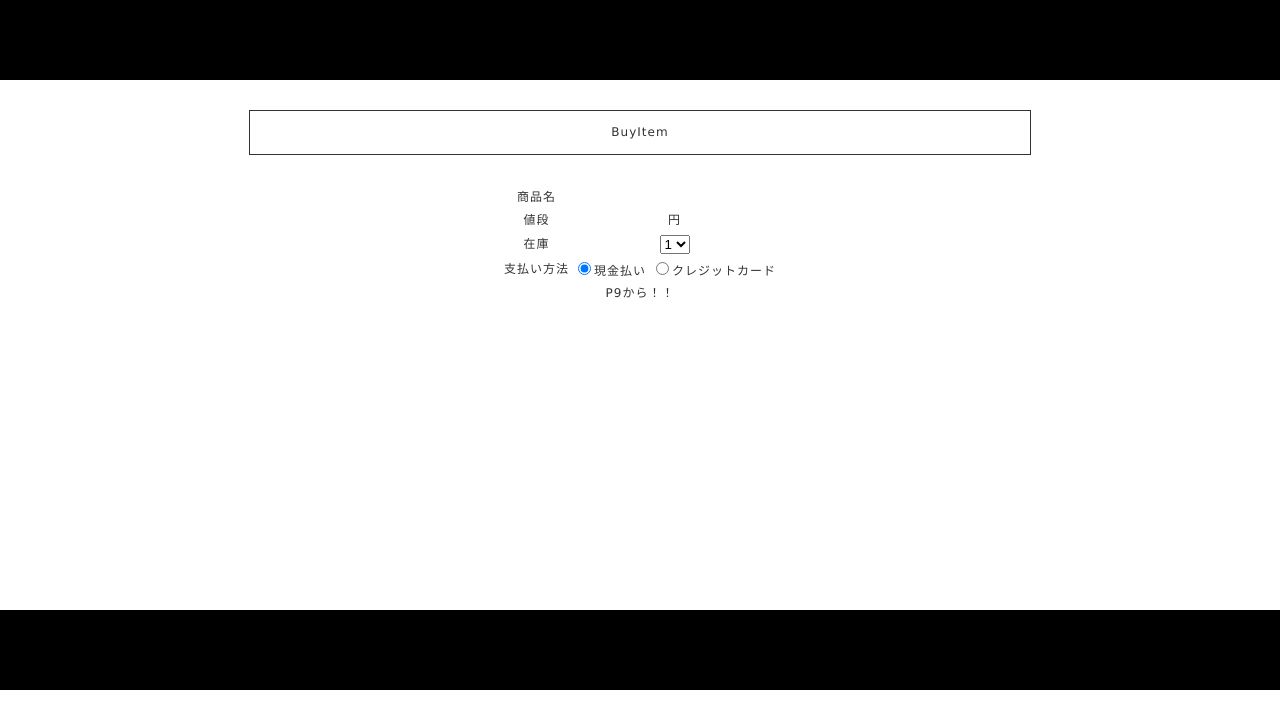
Repository: 1209mori05/test
Page: http://localhost/template/buyItem.jsp
These files come from the project's save history. The page is drawn as it stood at one moment and after the next save; the edit follows.
The browser window is 1280 px wide. The pictures show the whole page.
The page is served by Tomcat 9.

Above is the page before, as saved 2018-03-28 03:19:51.

After the next save:
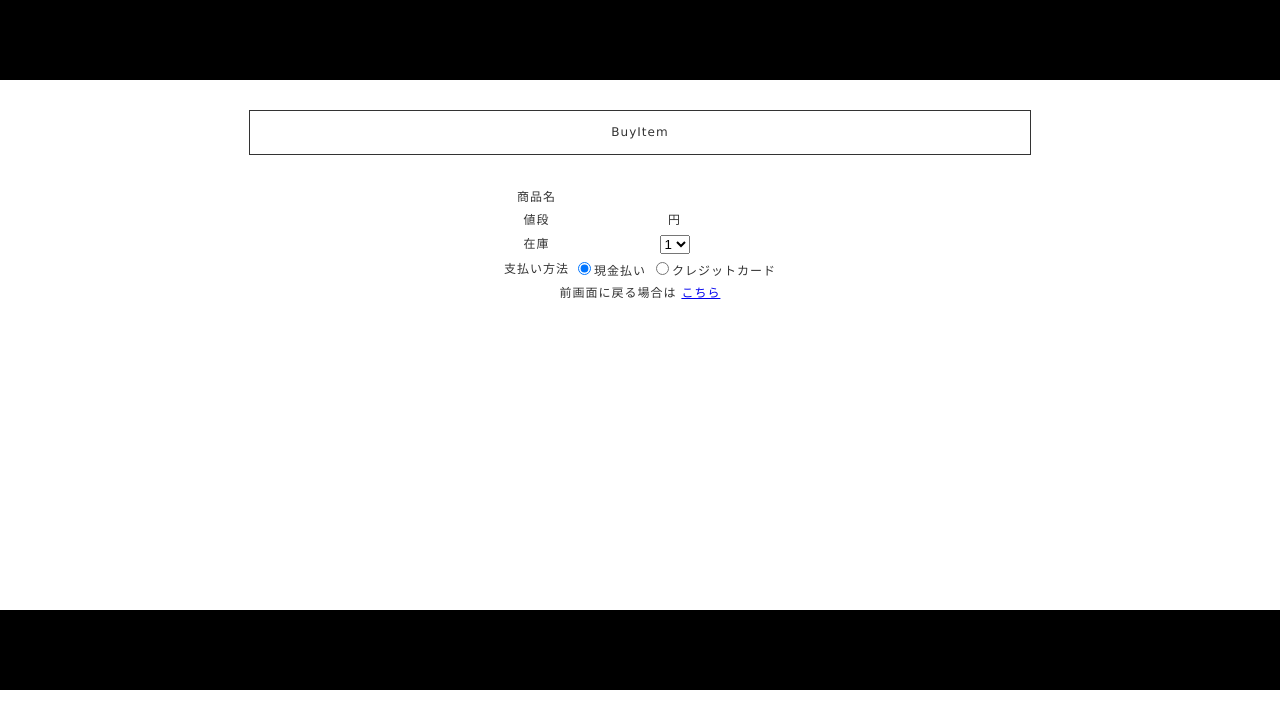
Saved 2 min 35 s later.
--- a/template/WebContent/buyItem.jsp
+++ b/template/WebContent/buyItem.jsp
@@ -87,8 +87,11 @@
 							<input type="radio" name="pay" value="2">クレジットカード</td>
 					</tr>
 				</table>
-				P9から！！
 			</s:form>
+			<div>
+				<span>前画面に戻る場合は</span>
+				<a href='<s:url action="HomeAction" /> '>こちら</a>
+			</div>
 		</div>
 	</div>
 	<div id="footer">
